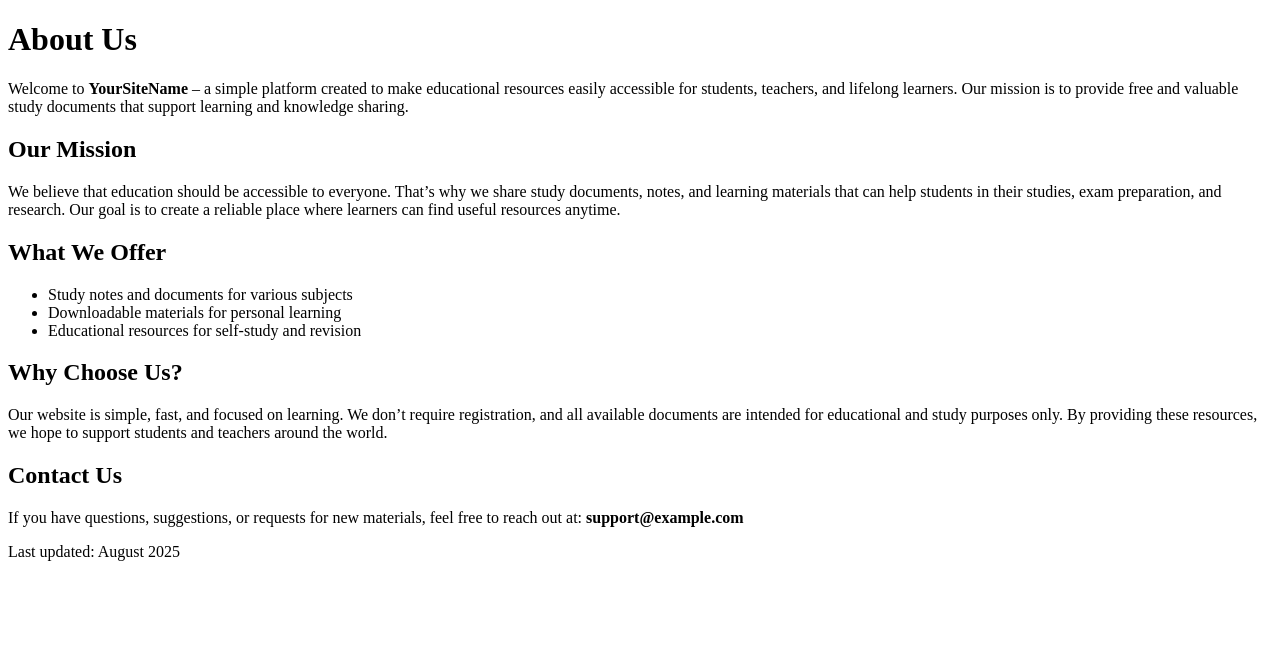
Repository: saroeuntola/we-share
Page: http://localhost/about?lang=en
These files come from the project's save history. The page is drawn as it stood at one moment and after a run of saves; the edit follows.
The browser window is 1280 px wide. The pictures show the whole page.
The page is run by PHP 8.4 with error messages shown; the project is at /var/www/html/. Style sheets and scripts are compiled from the project's sources, by tool versions that may differ from the author's.

Above is the page before, as saved 2025-08-29 14:15:18.

### about.php
<!DOCTYPE html>
<html lang="en">

<head>
    <meta charset="UTF-8">
    <meta name="viewport" content="width=device-width, initial-scale=1.0">

    <!-- SEO Meta Tags -->
    <title>About Us | Study Documents Download</title>
    <meta name="description" content="Learn more about our website providing free study documents and educational resources for students and learners.">
    <meta name="keywords" content="About Us, study documents, educational downloads, free learning materials, document sharing">
    <meta name="author" content="YourSiteName">

    <!-- Open Graph / Social Media -->
    <meta property="og:title" content="About Us | Study Documents Download">
    <meta property="og:description" content="We provide study materials and documents to help students and learners succeed in education.">
    <meta property="og:type" content="website">
    <meta property="og:url" content="https://www.yoursite.com/about">
    <meta property="og:image" content="https://www.yoursite.com/assets/img/og-image.jpg">

    <!-- Twitter Card -->
    <meta name="twitter:card" content="summary_large_image">
    <meta name="twitter:title" content="About Us | Study Documents Download">
    <meta name="twitter:description" content="Discover our mission to provide free study resources and educational materials.">
    <meta name="twitter:image" content="https://www.yoursite.com/assets/img/og-image.jpg">

    <!-- Favicon -->
    <link rel="icon" href="./assets/img/favicon.png" type="image/png">

    <!-- Styles -->
    <link rel="stylesheet" href="./assets/css/output.css">
</head>

<body class="text-white bg-gray-600 leading-relaxed">
    <main class="max-w-7xl mx-auto px-4 py-12">
        <h1 class="text-3xl font-bold mb-6">About Us</h1>

        <p class="mb-4">Welcome to <strong>YourSiteName</strong> – a simple platform created to make educational resources easily accessible for students, teachers, and lifelong learners. Our mission is to provide free and valuable study documents that support learning and knowledge sharing.</p>

        <h2 class="text-xl font-semibold mt-8 mb-2">Our Mission</h2>
        <p class="mb-4">We believe that education should be accessible to everyone. That’s why we share study documents, notes, and learning materials that can help students in their studies, exam preparation, and research. Our goal is to create a reliable place where learners can find useful resources anytime.</p>

        <h2 class="text-xl font-semibold mt-8 mb-2">What We Offer</h2>
        <ul class="list-disc pl-6 mb-4">
            <li>Study notes and documents for various subjects</li>
            <li>Downloadable materials for personal learning</li>
            <li>Educational resources for self-study and revision</li>
        </ul>

        <h2 class="text-xl font-semibold mt-8 mb-2">Why Choose Us?</h2>
        <p class="mb-4">Our website is simple, fast, and focused on learning. We don’t require registration, and all available documents are intended for educational and study purposes only. By providing these resources, we hope to support students and teachers around the world.</p>

        <h2 class="text-xl font-semibold mt-8 mb-2">Contact Us</h2>
        <p>If you have questions, suggestions, or requests for new materials, feel free to reach out at: <strong>support@example.com</strong></p>

        <p class="text-sm text-gray-500 mt-10">Last updated: August 2025</p>
    </main>
</body>

</html>

Loaded but not shown: assets/css/input.css (common file)

After the next 2 saves:
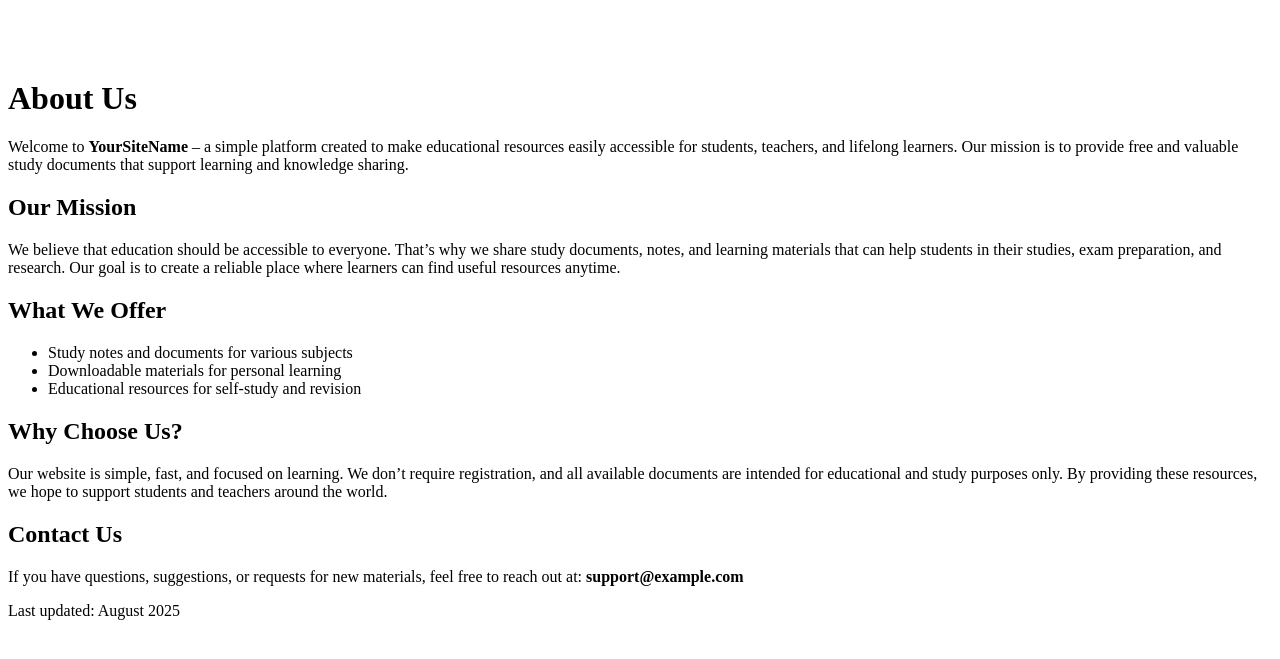
The 2 saves are shown as one change because they came seconds apart.
The last was saved 9 s later.
--- a/about.php
+++ b/about.php
@@ -32,7 +32,7 @@
 </head>
 
 <body class="text-white bg-gray-600 leading-relaxed">
-    <main class="max-w-7xl mx-auto px-4 py-12">
+    <main class="max-w-7xl mx-auto px-4 mt-[80px]">
         <h1 class="text-3xl font-bold mb-6">About Us</h1>
 
         <p class="mb-4">Welcome to <strong>YourSiteName</strong> – a simple platform created to make educational resources easily accessible for students, teachers, and lifelong learners. Our mission is to provide free and valuable study documents that support learning and knowledge sharing.</p>
